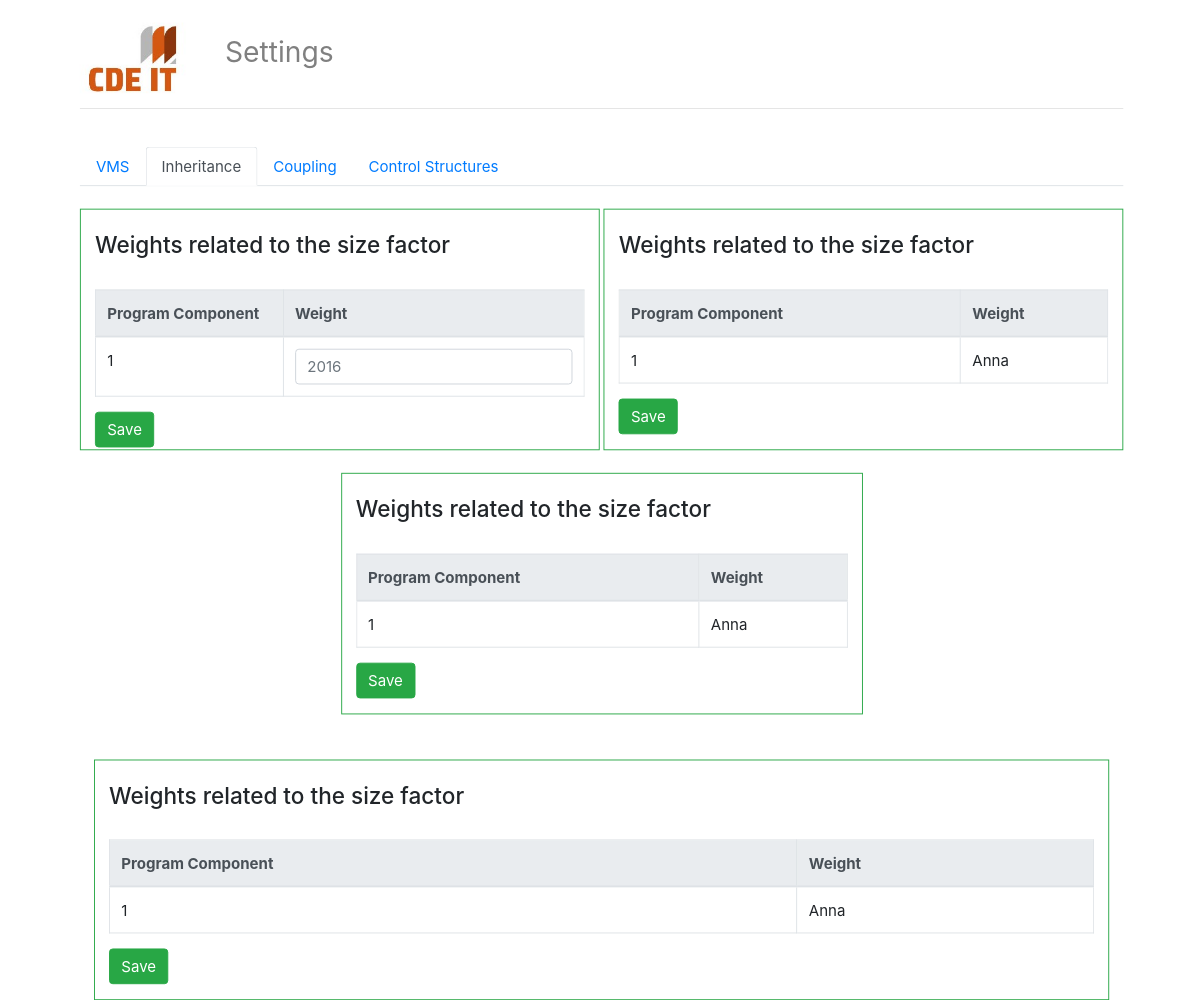
Repository: JudeAshan98/ITPM
Page: CDE_IT/WebContent/views/settings.html
An editor plug-in stored every save of this project. The page is shown before and after the next save, followed by the edit.
The browser window is 1280 px wide. The pictures show the whole page, at 94% of full size.

Above is the page before, as saved 2020-03-01 16:51:01.

### CDE_IT/WebContent/views/settings.html
<!DOCTYPE html>
<html lang="en">
<head>
<title>Bootstrap Example</title>
<meta charset="utf-8">
<meta name="viewport" content="width=device-width, initial-scale=1">
<link rel="stylesheet"
	href="https://maxcdn.bootstrapcdn.com/bootstrap/4.4.1/css/bootstrap.min.css">
<script
	src="https://ajax.googleapis.com/ajax/libs/jquery/3.4.1/jquery.min.js"></script>
<script
	src="https://cdnjs.cloudflare.com/ajax/libs/popper.js/1.16.0/umd/popper.min.js"></script>
<script
	src="https://maxcdn.bootstrapcdn.com/bootstrap/4.4.1/js/bootstrap.min.js"></script>
</head>
<body>
	<br>

	<div class="container">
		<div>
			<img src="../img/logoe.png" style="max-height: 75px">
			<text style="font-size:30px; color:gray ; margin-left:30px;">
			Settings<text>
			<hr />
		</div>
		<br>

		<!-- Nav tabs -->
		<ul class="nav nav-tabs" role="tablist">
			<li class="nav-item"><a class="nav-link" data-toggle="tab"
				href="#vms">VMS</a></li>
			<li class="nav-item"><a class="nav-link active"
				data-toggle="tab" href="#inheritance">Inheritance</a></li>
			<li class="nav-item"><a class="nav-link" data-toggle="tab"
				href="#Coupling">Coupling</a></li>
			<li class="nav-item"><a class="nav-link" data-toggle="tab"
				href="#Control">Control Structures</a></li>
		</ul>

		<!-- Tab panes -->
		<div class="tab-content">
			<div id="vms" class="container tab-pane active">
				<br>
				<div class="row">
					<div class="col-sm border border-success">
						<br>
						<h4>Weights related to the size factor</h4>
						<div class="table-responsive">
							<br>
							<table class="table table-bordered">
								<thead class="thead-light">
									<tr>
										<th>Program Component</th>
										<th>Weight</th>
									</tr>
								</thead>
								<tbody>
									<tr>
										<td>1</td>
										<td><input type="number" class="form-control" placeholder="2016"></td>
									</tr>
								</tbody>
							</table>
						</div>
						<button type="button" class="btn btn-success">Save</button>
					</div>
					&nbsp
					<div class="col-sm border border-success">
						<br>
						<h4>Weights related to the size factor</h4>
						<div class="table-responsive">
							<br>
							<table class="table table-bordered">
								<thead class="thead-light">
									<tr>
										<th>Program Component</th>
										<th>Weight</th>
									</tr>
								</thead>
								<tbody>
									<tr>
										<td>1</td>
										<td>Anna</td>
									</tr>
								</tbody>
							</table>
						</div>
						<button type="button" class="btn btn-success">Save</button>
						<p></p>
					</div>
				</div>
				<br>
				<div class="row justify-content-md-center">
					<div class="col-md-6 border border-success">
						<br>
						<h4>Weights related to the size factor</h4>
						<div class="table-responsive">
							<br>
							<table class="table table-bordered">
								<thead class="thead-light">
									<tr>
										<th>Program Component</th>
										<th>Weight</th>
									</tr>
								</thead>
								<tbody>
									<tr>
										<td>1</td>
										<td>Anna</td>
									</tr>
								</tbody>
							</table>
						</div>
						<button type="button" class="btn btn-success">Save</button>
						<p></p>
					</div>
				</div>
				<br>
			</div>
			<div id="inheritance" class="container tab-pane active">
				<br>
				<div class="col-sm border border-success">
					<br>
					<h4>Weights related to the size factor</h4>
					<div class="table-responsive">
						<br>
						<table class="table table-bordered">
							<thead class="thead-light">
								<tr>
									<th>Program Component</th>
									<th>Weight</th>
								</tr>
							</thead>
							<tbody>
								<tr>
									<td>1</td>
									<td>Anna</td>
								</tr>
							</tbody>
						</table>
					</div>
					<button type="button" class="btn btn-success">Save</button>
					<p></p>
				</div>
			</div>
			<div id="Coupling" class="container tab-pane fade">
				<br>
				<div class="col-sm border border-success">
					<br>
					<h4>Weights related to the size factor</h4>
					<div class="table-responsive">
						<br>
						<table class="table table-bordered">
							<thead class="thead-light">
								<tr>
									<th>Program Component</th>
									<th>Weight</th>
								</tr>
							</thead>
							<tbody>
								<tr>
									<td>1</td>
									<td>Anna</td>
								</tr>
							</tbody>
						</table>
					</div>
					<button type="button" class="btn btn-success">Save</button>
					<p></p>
				</div>
			</div>
			<div id="Control" class="container tab-pane fade">
				<br>
				<div class="col-sm border border-success">
					<br>
					<h4>Weights related to the size factor</h4>
					<div class="table-responsive">
						<br>
						<table class="table table-bordered">
							<thead class="thead-light">
								<tr>
									<th>Program Component</th>
									<th>Weight</th>
								</tr>
							</thead>
							<tbody>
								<tr>
									<td>1</td>
									<td>Anna</td>
								</tr>
							</tbody>
						</table>
					</div>
					<button type="button" class="btn btn-success">Save</button>
					<p></p>
				</div>
			</div>
		</div>

	</div>
</body>
</html>

After the next save:
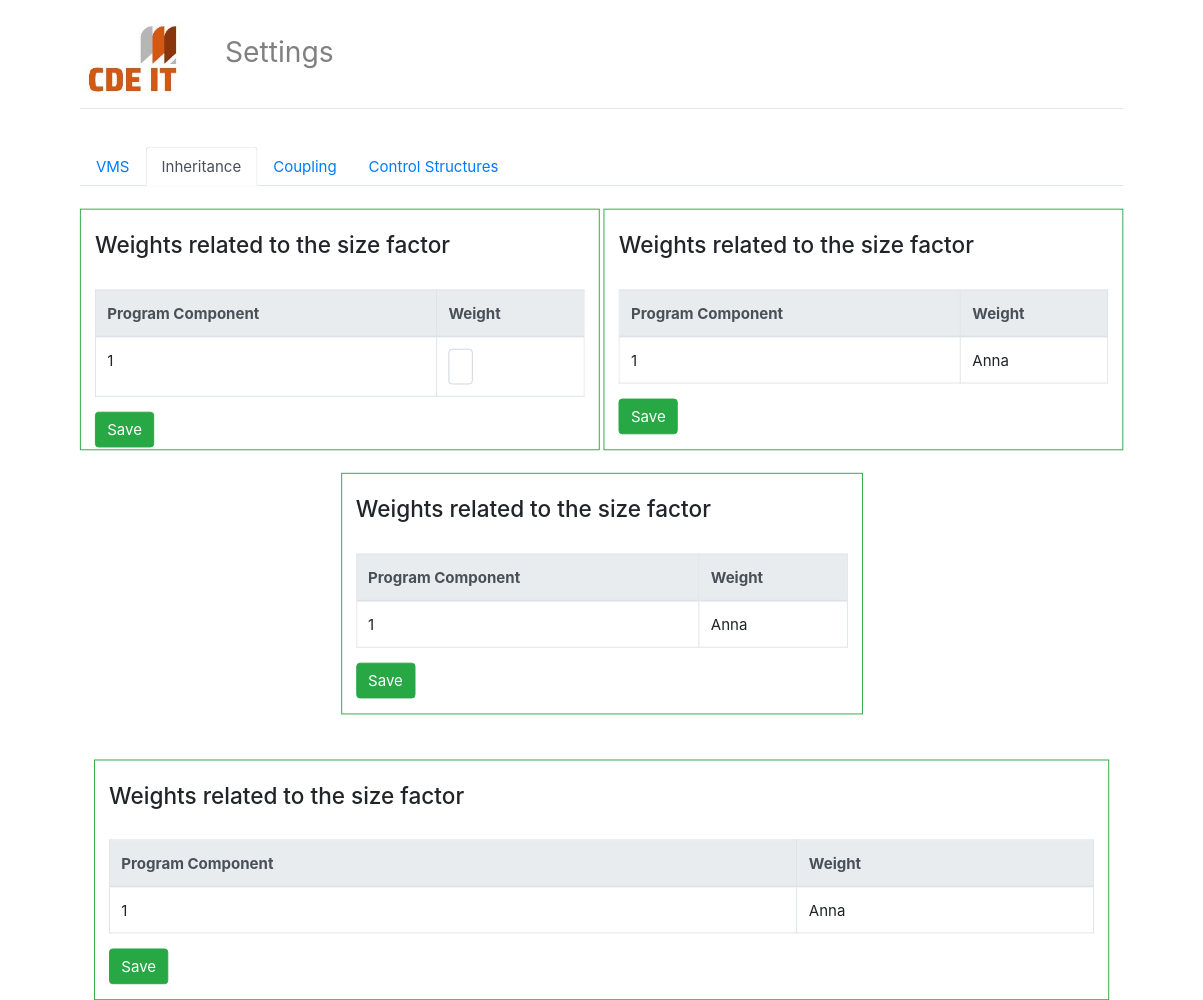
Saved 2 min 15 s later.
--- a/CDE_IT/WebContent/views/settings.html
+++ b/CDE_IT/WebContent/views/settings.html
@@ -57,7 +57,7 @@
 								<tbody>
 									<tr>
 										<td>1</td>
-										<td><input type="number" class="form-control" placeholder="2016"></td>
+										<td><input type="number" class="form-control" placeholder="2016" style="width:8px"></td>
 									</tr>
 								</tbody>
 							</table>
